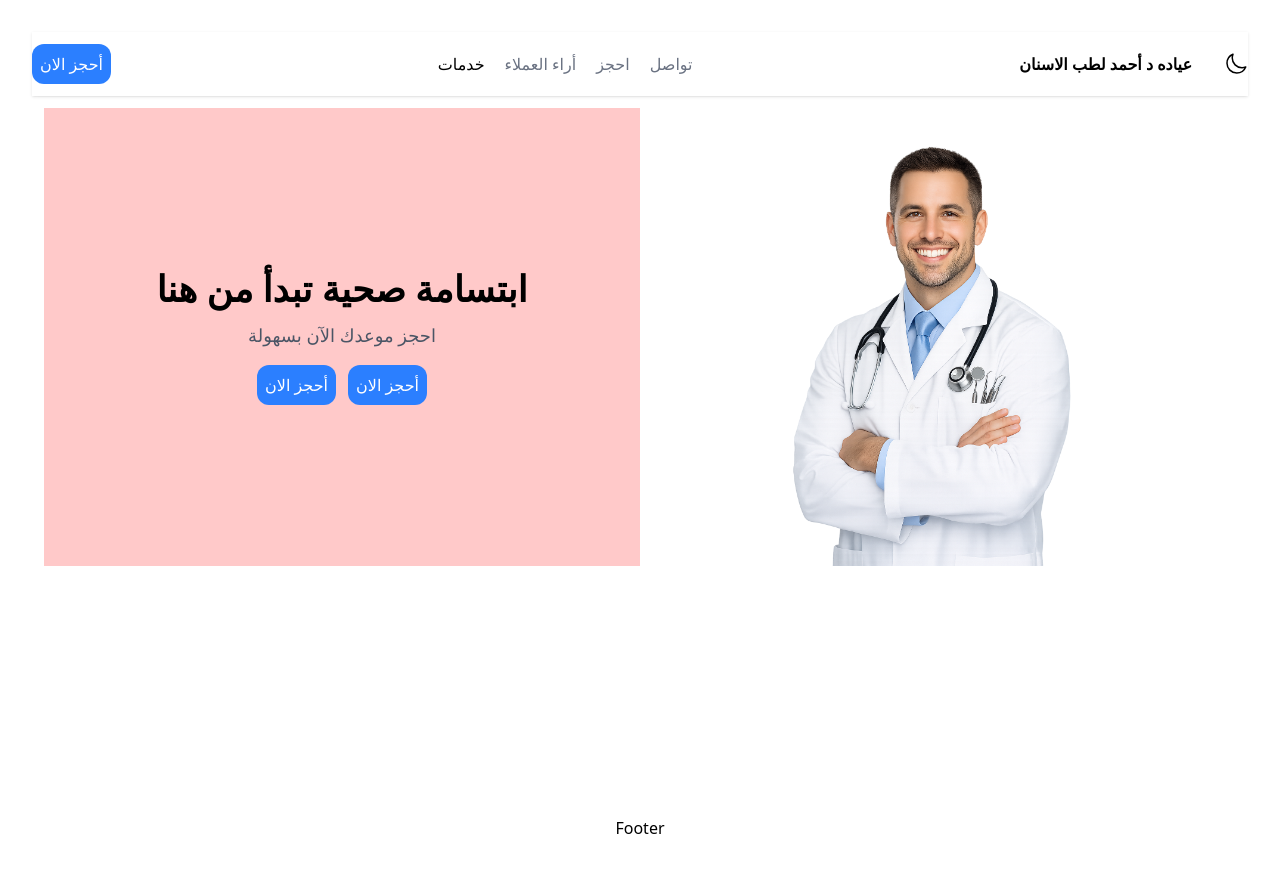
Repository: mohamedehab23-pro/clinic
Page: /
The author's editor kept a copy of each file at every save. The page is drawn from the files as they stood at one save, then again after a run of saves.
The browser window is 1280 px wide. The pictures show the whole page.
The project was rebuilt for these pictures with package versions that can differ from the ones it lists, and the page was loaded fresh each time. Also part of the build but not shown: vite.config.js, src/Pages/AboutPage.jsx, src/Pages/ContactPage.jsx, src/Pages/NotFound.jsx, src/Components/Child.jsx, src/Components/Parent.jsx.

Above is the page before, as saved 2026-02-22 14:17:15.

### index.html
<!doctype html>
<html lang="en">
  <head>
    <meta charset="UTF-8" />
    <link rel="icon" type="image/svg+xml" href="/vite.svg" />
    <meta name="viewport" content="width=device-width, initial-scale=1.0" />
    <title>project1</title>
  </head>
  <body>
    <div id="root"></div>
    <script type="module" src="/src/main.jsx"></script>
  </body>
</html>

### src/index.css
@import "tailwindcss";
@custom-variant dark (&:where(.dark, .dark *));


.active{
    @apply text-black dark:text-white
}

### src/App.jsx
import { useState } from 'react'
import HeroPage from '../src/Pages/HeroPage'
import './App.css'
import { createBrowserRouter, RouterProvider } from 'react-router'
import MainLayout from './Layouts/MainLayout'
import AboutPage from './Pages/AboutPage'
import ContactPage from './Pages/ContactPage'
import NotFound from './Pages/NotFound'
import Parent from './Components/Parent'


const x=createBrowserRouter([
  {path:'',element:<MainLayout/>,children:[
    {index:true,element:<HeroPage/>},
    {path:'/about',element:<AboutPage/>},
    {path:'/contact',element:<ContactPage/>},
    {path:'*',element:<NotFound/>}
  ]}
])

function App() {

  return (
    <>
    {/* <Parent/> */}

     <RouterProvider router={x}/>
    </>
  )
}

export default App

### src/Pages/HeroPage.jsx
import React from 'react'
import sora from '../assets/dentist.png'
import Button from '../Components/Button'
export default function HomePage() {
  return (
    <div className='dark:bg-gray-800 min-h-screen p-3'>
      <div className='flex justify-around'>
<div className='bg-red-200 w-full flex flex-col justify-center text-center '>
<h2 className='text-4xl font-bold '>ابتسامة صحية تبدأ من هنا</h2>
<p className='text-gray-600 pt-3 text-lg'>احجز موعدك الآن بسهولة</p>
  <div className='flex gap-3 justify-center mt-4'>
      <Button bg={'bg-blue-500'} hover={'hover:bg-blue-600'} text={'أحجز الان'}/>

  <Button bg={'bg-blue-500'} hover={'hover:bg-blue-600'} text={'أحجز الان'}/>
  </div>


</div>
<div className=' w-full flex justify-center items-center'>
 <img src={sora} alt="doctor" className='w-[50%] ' />
</div>
      </div>



    </div>
  )
}

### src/Layouts/MainLayout.jsx
import React, { useState } from 'react'
import Navbar from '../Components/Navbar'
import Footer from '../Components/Footer'
import { Outlet } from 'react-router'

export default function MainLayout() {
  const [darkMode, setDarkMode] = useState(false)
  return (
    <>
    <div className={`${darkMode? 'dark':''}  dark:text-white`}>
      <Navbar darkMode={darkMode} setDarkMode={setDarkMode}/>
    <Outlet />
    <Footer/>
    </div>
    </>
  )
}

### src/Components/Button.jsx
import React from 'react'
import { Link } from 'react-router'

export default function Button({bg,hover,text }) {
  return (
   <>
   <button className={`p-2 rounded-xl ${bg} ${hover} text-white `}><Link to={'/'}>{text}</Link></button>
   </>
  )
}

### src/Components/Navbar.jsx
import React, { useState } from 'react'
import { Link, NavLink } from 'react-router'
import Button from './Button'

export default function Navbar({setDarkMode,darkMode}) {
  const [navToggle, setNavToggle] = useState(false)
  return (
    <div className='py-3 shadow sticky top-0 w-full dark:bg-gray-700 bg-white/50'>
<div className="container px-3 lg:p-0 mx-auto flex items-center justify-between">
<div>
  <Button bg={'bg-blue-500'} hover={'hover:bg-blue-600'} text={'أحجز الان'}/>
</div>
<div>
  <ul className='lg:flex dark:text-white/50 gap-5 hidden'>
    <li className='text-gray-500'><NavLink to={''}>خدمات</NavLink></li>
    <li className='text-gray-500'><NavLink to={'/about'}>أراء العملاء</NavLink></li>
    <li className='text-gray-500'><NavLink to={'/contact'}>احجز</NavLink></li>
    <li className='text-gray-500'><NavLink to={'ertyuj'}>تواصل</NavLink></li>
  </ul>
</div>
<div className='flex gap-8'>
  <Link to={''} className=' font-bold'>عياده د أحمد لطب الاسنان</Link>
  {darkMode?<svg xmlns="http://www.w3.org/2000/svg"
onClick={()=>setDarkMode(!darkMode)}
fill="none" viewBox="0 0 24 24" strokeWidth={1.5} stroke="currentColor" className="cursor-pointer size-6">
  <path strokeLinecap="round" strokeLinejoin="round" d="M12 3v2.25m6.364.386-1.591 1.591M21 12h-2.25m-.386 6.364-1.591-1.591M12 18.75V21m-4.773-4.227-1.591 1.591M5.25 12H3m4.227-4.773L5.636 5.636M15.75 12a3.75 3.75 0 1 1-7.5 0 3.75 3.75 0 0 1 7.5 0Z" />
</svg>:<svg xmlns="http://www.w3.org/2000/svg" fill="none"
onClick={()=>setDarkMode(!darkMode)}
viewBox="0 0 24 24" strokeWidth={1.5} stroke="currentColor" className="cursor-pointer size-6">
  <path strokeLinecap="round" strokeLinejoin="round" d="M21.752 15.002A9.72 9.72 0 0 1 18 15.75c-5.385 0-9.75-4.365-9.75-9.75 0-1.33.266-2.597.748-3.752A9.753 9.753 0 0 0 3 11.25C3 16.635 7.365 21 12.75 21a9.753 9.753 0 0 0 9.002-5.998Z" />
</svg>}
</div>
<div className='lg:hidden'>
  <svg xmlns="http://www.w3.org/2000/svg" onClick={()=>setNavToggle(!navToggle)} fill="none" viewBox="0 0 24 24" strokeWidth={1.5} stroke="currentColor" className="cursor-pointer size-6">
  <path strokeLinecap="round" strokeLinejoin="round" d="M3.75 6.75h16.5M3.75 12h16.5m-16.5 5.25h16.5" />
</svg>


</div>



</div>
{navToggle && <ul className='pt-3 text-end px-3'>
    <li className='text-gray-500'><NavLink to={''}>خدمات</NavLink></li>
    <li className='text-gray-500'><NavLink to={'/about'}>أراء العملاء</NavLink></li>
    <li className='text-gray-500'><NavLink to={'/contact'}>احجز</NavLink></li>
    <li className='text-gray-500'><NavLink to={'ertyuj'}>تواصل</NavLink></li>
  </ul>}


    </div>
  )
}

Loaded but not shown: src/main.jsx (common file); src/App.css (common file); src/Components/Footer.jsx (common file)

After the next 3 saves:
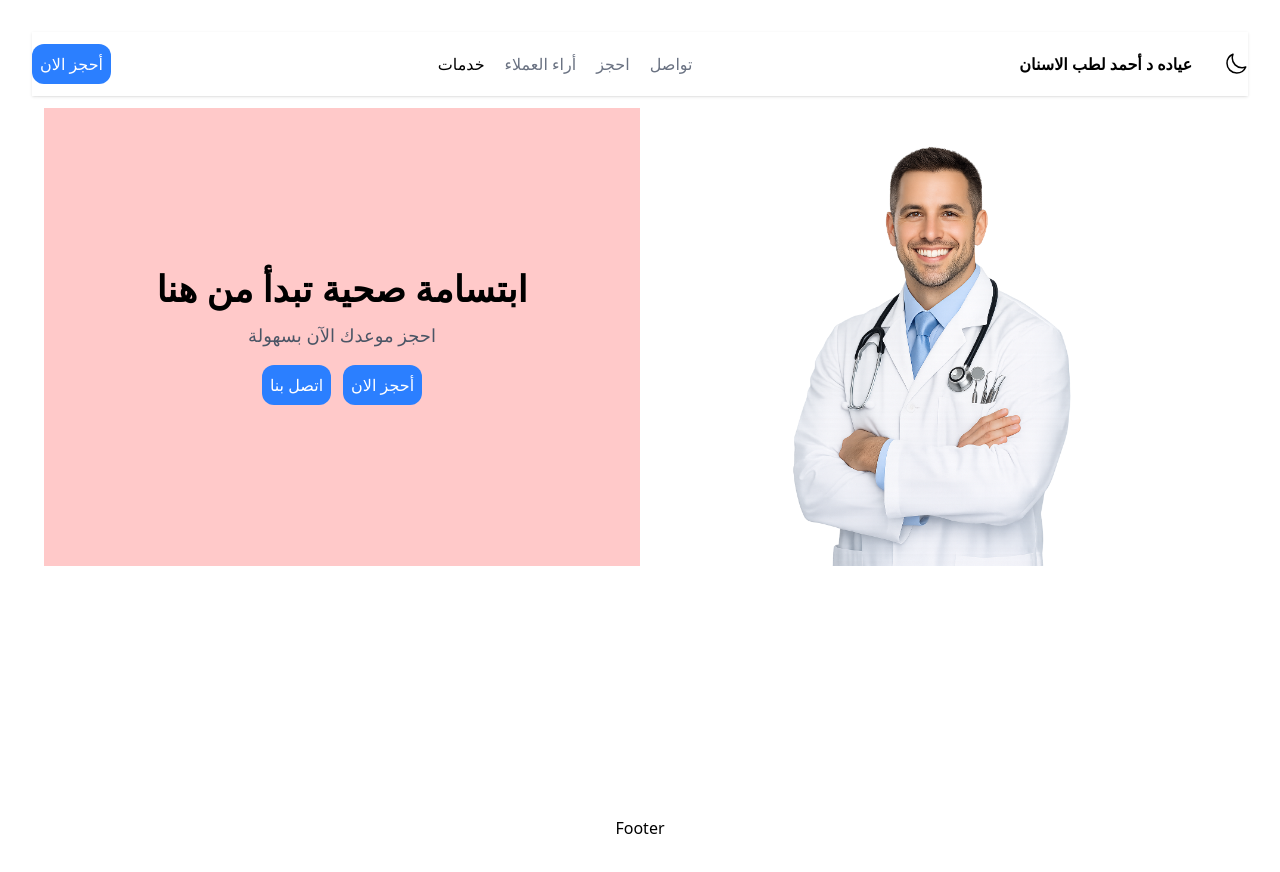
The 3 saves are shown as one change because they came seconds apart.
The last was saved 9 s later.
--- a/src/Pages/HeroPage.jsx
+++ b/src/Pages/HeroPage.jsx
@@ -9,7 +9,7 @@ export default function HomePage() {
 <h2 className='text-4xl font-bold '>ابتسامة صحية تبدأ من هنا</h2>
 <p className='text-gray-600 pt-3 text-lg'>احجز موعدك الآن بسهولة</p>
   <div className='flex gap-3 justify-center mt-4'>
-      <Button bg={'bg-blue-500'} hover={'hover:bg-blue-600'} text={'أحجز الان'}/>
+      <Button bg={'bg-blue-500'} hover={'hover:bg-blue-600'} text={'اتصل بنا'}/>
 
   <Button bg={'bg-blue-500'} hover={'hover:bg-blue-600'} text={'أحجز الان'}/>
   </div>
